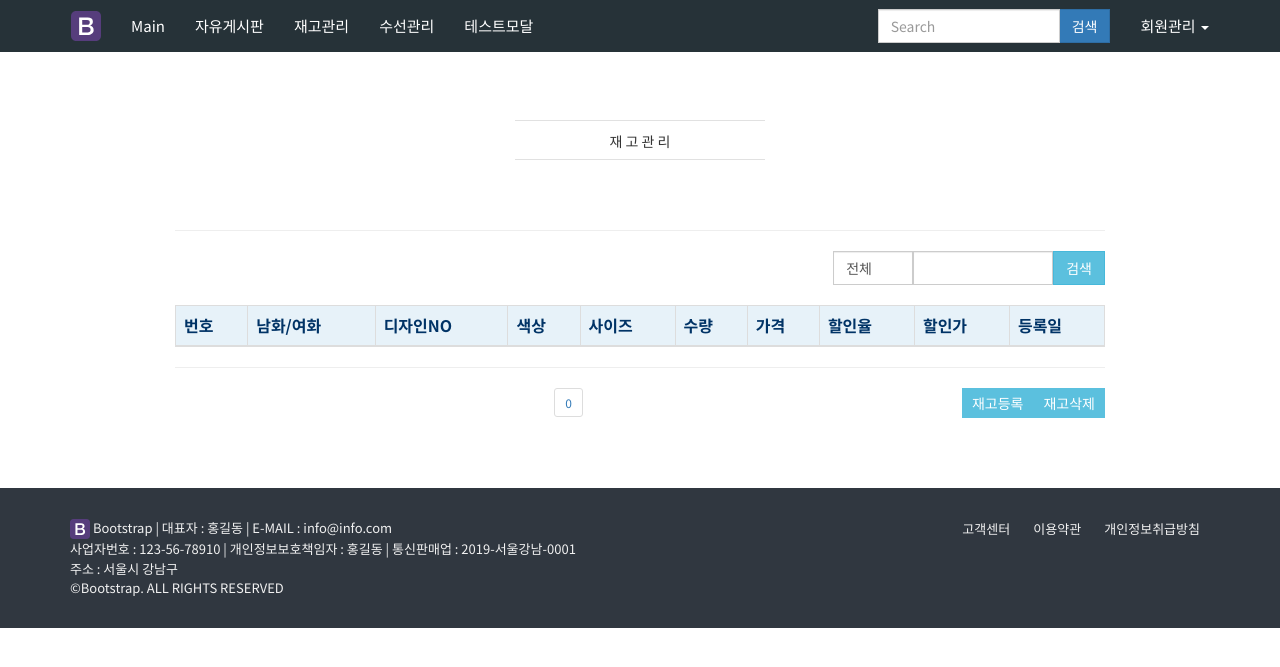
Repository: RattenLegs/Project_Inventory
Page: http://localhost/Project_Inventory/WEB-INF/views/inventoryboard/inventoryList.jsp
An editor plug-in stored every save of this project. The page is shown before and after the next save, followed by the edit.
The browser window is 1280 px wide. The pictures show the whole page.
Some web libraries are served in a nearby version. The page is served by Tomcat 9. Nobody is signed in. The template is opened directly, without the code that normally fills it, so the values that code supplies are empty.

Above is the page before, as saved 2023-03-03 10:51:22.
Console error: TypeError: Cannot read properties of null (reading 'addEventListener')

After the next save:
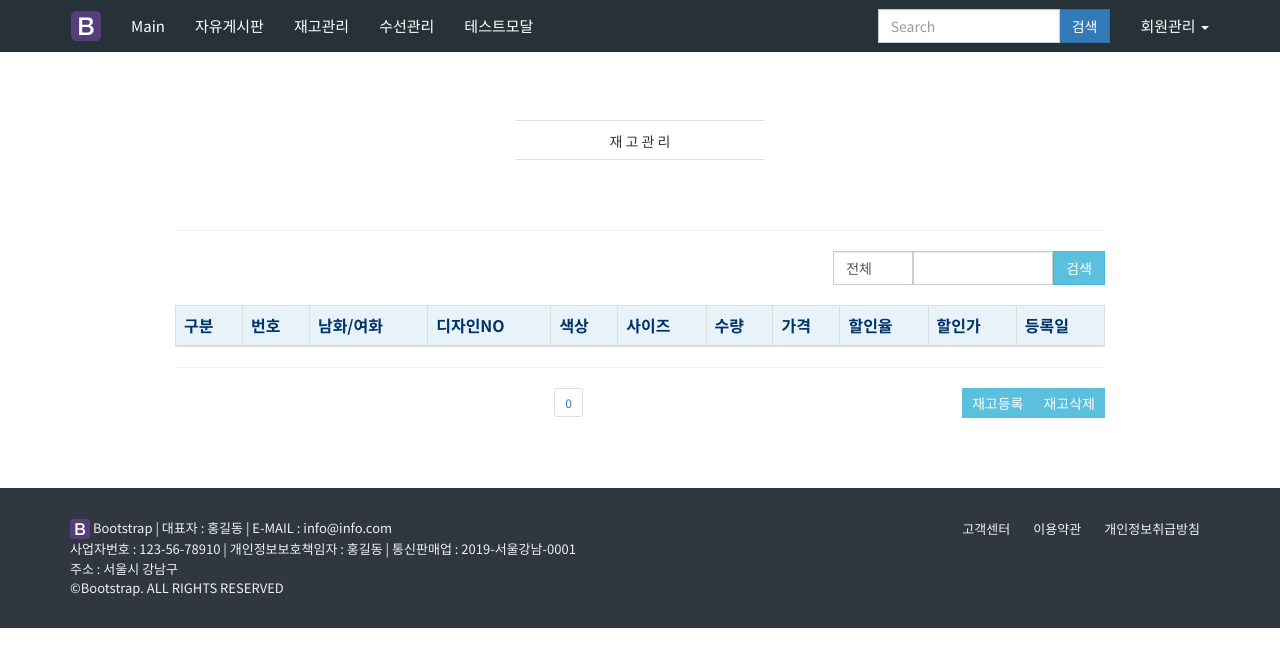
Saved 3 min 30 s later.
--- a/Project_Inventory/src/main/webapp/WEB-INF/views/inventoryboard/inventoryList.jsp
+++ b/Project_Inventory/src/main/webapp/WEB-INF/views/inventoryboard/inventoryList.jsp
@@ -27,6 +27,7 @@
 					<table class="table table-bordered">
 						<thead>
 							<tr>
+								<th>구분</th>
 								<th>번호</th>
 								<th>남화/여화</th>
 								<th>디자인NO</th>
@@ -43,6 +44,7 @@
 						<tbody>
 							<c:forEach var="vo" items="${boardList}">
 								<tr>
+									<td><input type="checkbox"></td>
 									<td>${vo.bno}</td>
 									<td>
 										<a href="<c:url value='/inventoryboard/inventoryDetail/${vo.bno}${pc.makeURI(pc.paging.pageNum)}' />">${vo.shoeGender}</a>
